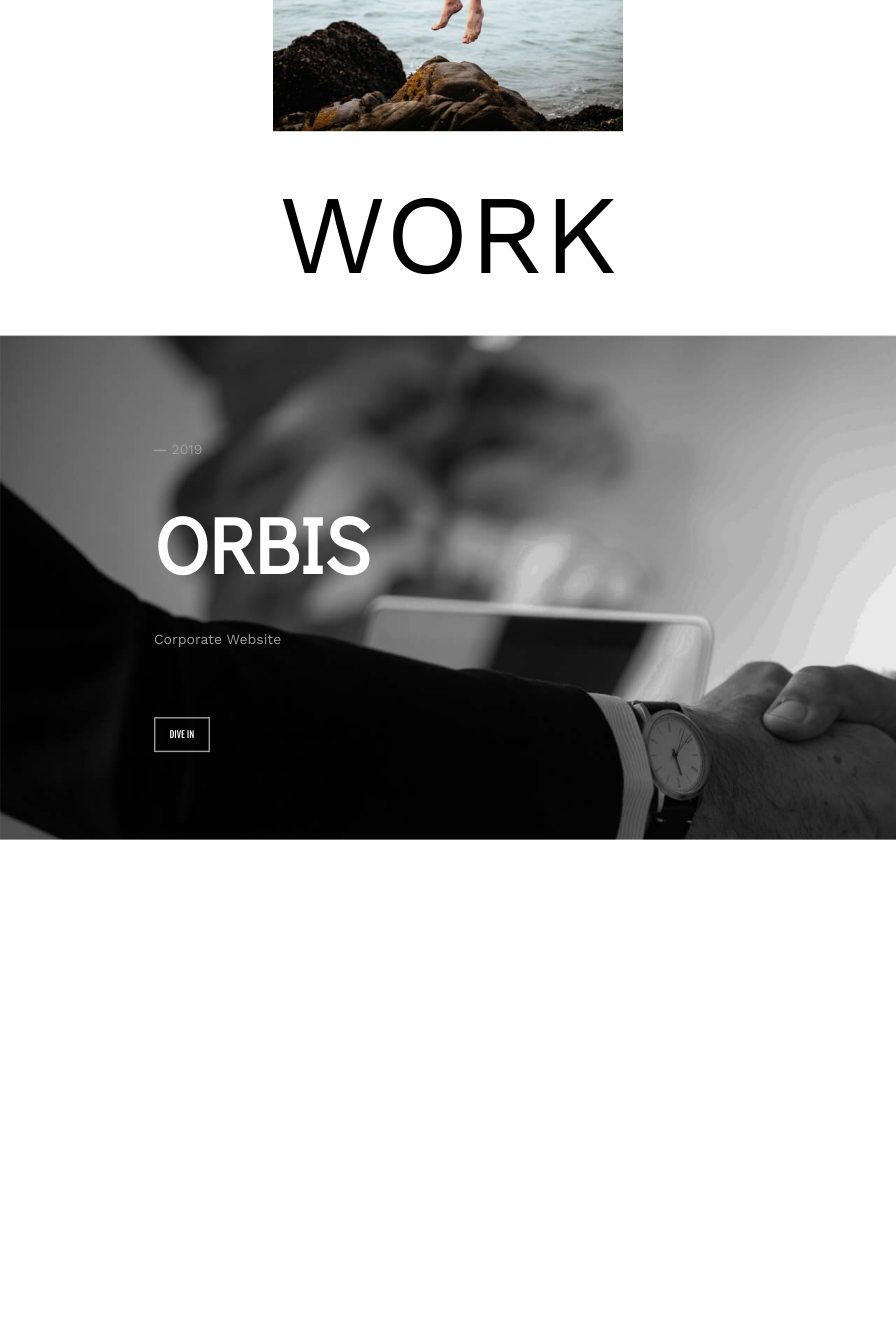
Repository: m0lt/DigitalDesigner
Page: index.html
These files come from the project's save history. The page is drawn as it stood at one moment and after the next save; the edit follows.
The browser window is 1280 px wide. The pictures show the part of the page from y = 928 to 2848 px (the page is 2848 px tall before and 2453 px after), at 70% of full size.
Backgrounds fixed to the window are drawn as part of the page.

Above is the page before, as saved 2025-07-08 11:03:27.

### index.html
<!DOCTYPE html>
<html lang="en">
  <head>
    <meta charset="UTF-8" />
    <meta name="viewport" content="width=device-width, initial-scale=1.0" />
    <link rel="stylesheet" href="./assets/css/styles.css" />
    <link rel="stylesheet" href="./assets/css/styles.css" />
    <title>Project 1</title>
  </head>
  <body>
    <header></header>
    <main>
      <section class="hero">
        <p>Super Portfolio of</p>
        <h1>DIGITAL<br />DESIGNER</h1>
        <img src="./assets/img/portfolio1.jpeg" alt="Man Jumping on Rock" />
        <p>WORK</p>
      </section>
      <section id="ORBIS" class="dark content">
        <p class="Year">2019</p>
        <h2>ORBIS</h2>
        <p>Corporate Website</p>
        <button>DIVE IN</button>
      </section>
      <section class="dark content"></section>
      <section></section>
      <section></section>
    </main>
    <footer></footer>
  </body>
</html>

### assets/css/styles.css
* {
  box-sizing: border-box;
  margin: 0;
  padding: 0;
}

:root {
  --primary-color: ;
  --void: #000;
  --bright: #fff;
  --dark: #333;
  --mid: #666;
  --light: #9e9e9e;
  --font-size: 16px;
}

@font-face {
  font-family: "Didact Gothic";
  src: url(../font/Didact_Gothic/DidactGothic-Regular.ttf);
}
@font-face {
  font-family: "Fjalla One";
  src: url(../font/Fjalla_One/FjallaOne-Regular.ttf);
}
@font-face {
  font-family: "Work Sans";
  src: url(../font/Work_Sans/WorkSans-VariableFont_wght.ttf);
}

html {
}

h1 {
  font-family: "Didact Gothic";
  font-size: 100px;
  font-weight: 100px;
  letter-spacing: -2px;
  margin: 30px;
}

h2 {
  font-family: "Didact Gothic";
  font-size: 112px;
  padding: 50px 0 50px 0;
}

.content {
  margin: 0 auto;
  padding: 150px 220px;
  height: 100vh;
  background-repeat: no-repeat;
  background-attachment: fixed;
}

.content p {
  font-family: "Work Sans";
  font-size: 20px;
}

/* Strich vor der Jahreszahl */
.Year::before {
  content: "";
  display: inline-block;
  width: 17px;
  height: 2px;
  margin-right: 8px;
  vertical-align: middle;
}

button {
  border-width: 2px;
  border-style: solid;
  padding: 15px 20px;
  margin-top: 100px;
  background-color: transparent;
  font-family: "Fjalla One";
}

.light {
}

.dark p {
  color: var(--light);
}
.dark h2 {
  color: var(--bright);
}
.dark button {
  border-color: var(--light);
  color: var(--bright);
}
.dark .Year::before {
  background-color: var(--light);
}

/* #==============Sections=============== */

.hero {
  text-align: center;
  margin: 20px;
}
.hero p {
  font-family: "Work Sans";
}
.hero p:nth-of-type(1) {
  font-size: 20px;
}
.hero p:nth-of-type(2) {
  margin: 50px;
  font-size: 160px;
}

#ORBIS {
  background-image: url("../img/portfolio2.jpg");
}

After the next save:
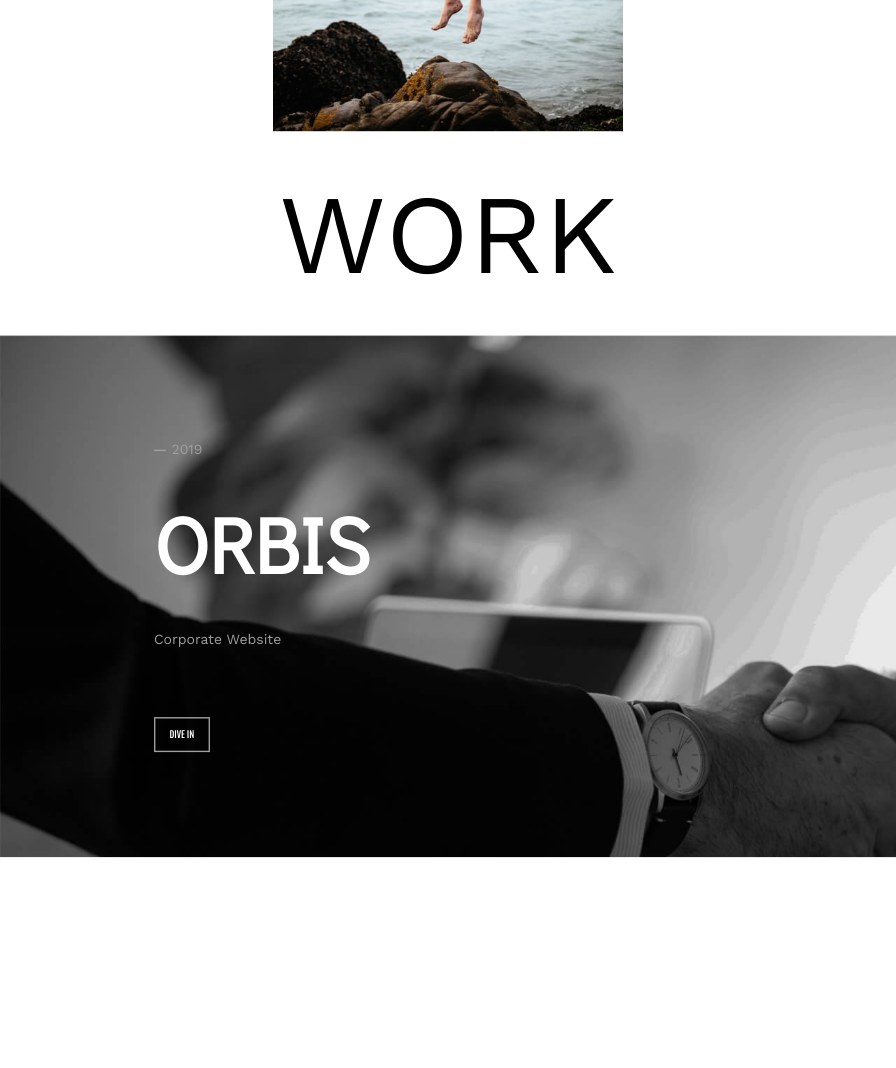
Saved 19 s later.
--- a/assets/css/styles.css
+++ b/assets/css/styles.css
@@ -47,7 +47,7 @@ h2 {
 .content {
   margin: 0 auto;
   padding: 150px 220px;
-  height: 100vh;
+  width: 100vw;
   background-repeat: no-repeat;
   background-attachment: fixed;
 }
